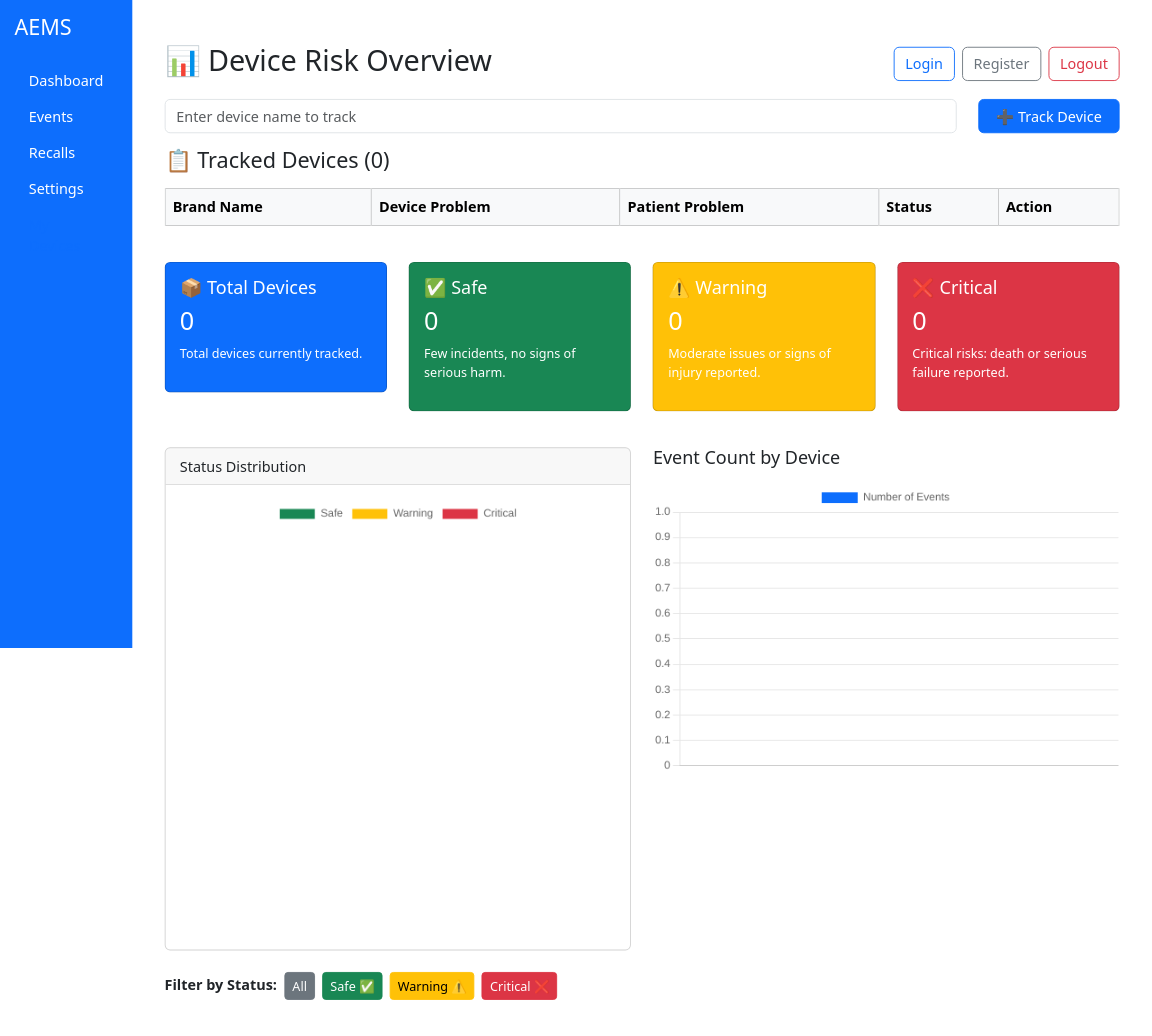
Repository: Sarary2/AEMS_2MVP
Page: / (app in frontend/AEMS/)
These files come from the project's save history. The page is drawn as it stood at one moment and after the next save; the edit follows.
The browser window is 1280 px wide. The pictures show the whole page, at 90% of full size.
The page's requests for data from a server got no answer. The project was rebuilt for these pictures with package versions that can differ from the ones it lists, and the page was loaded fresh each time. No one was signed in, and anything a server would have sent is missing. Also part of the build but not shown: frontend/AEMS/vite.config.js, frontend/AEMS/src/components/DeviceRow.jsx, frontend/AEMS/src/pages/Events.jsx, frontend/AEMS/src/firebase.js, frontend/AEMS/src/pages/Login.jsx, frontend/AEMS/src/pages/Register.jsx.

Above is the page before, as saved 2025-05-06 12:53:18.

After the next save:
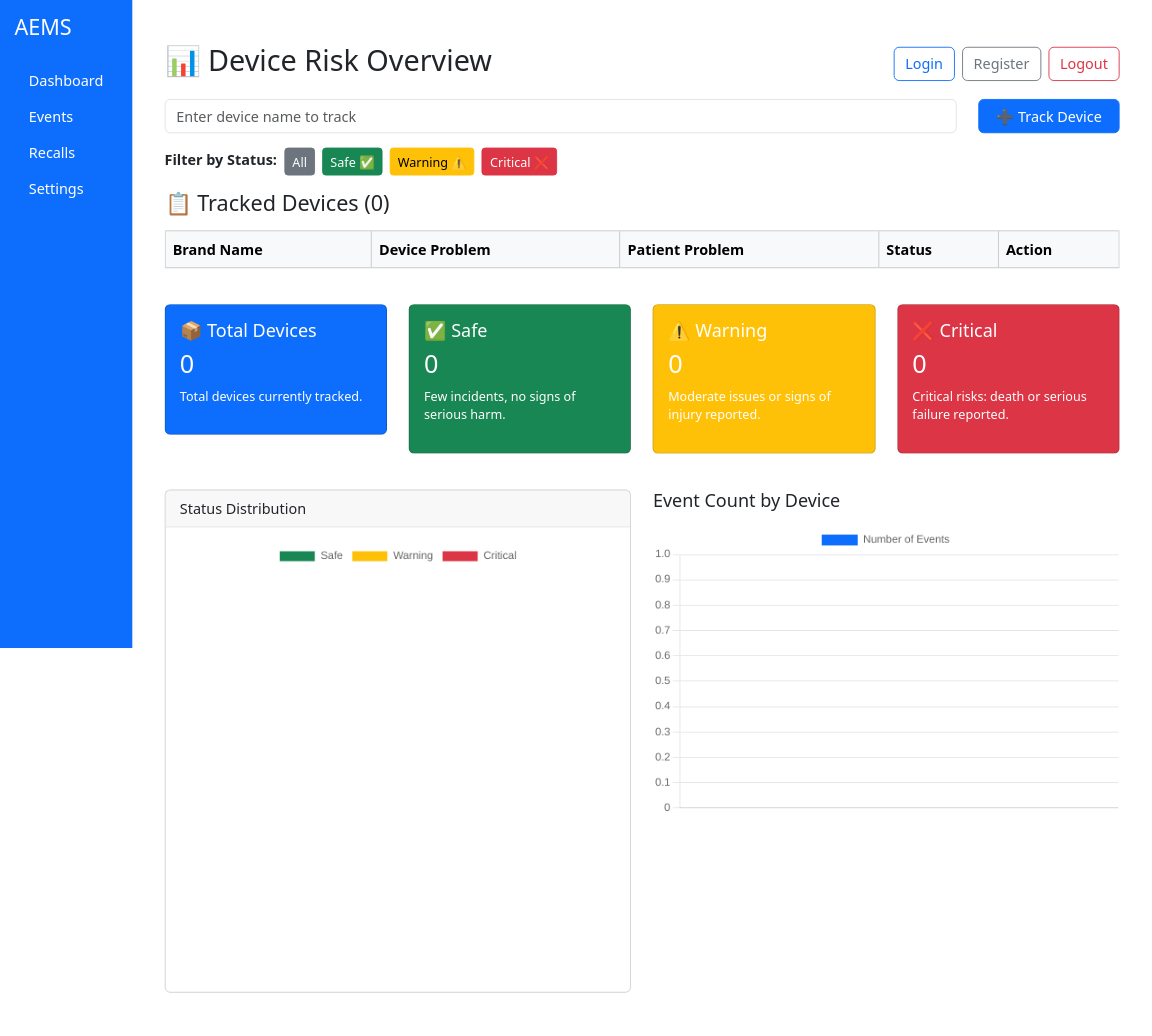
Saved 4 min 38 s later.
--- a/frontend/AEMS/src/pages/Dashboard.jsx
+++ b/frontend/AEMS/src/pages/Dashboard.jsx
@@ -90,6 +90,19 @@ export default function Dashboard() {
         </div>
       </div>
 
+      <div className="mb-3">
+        <strong>Filter by Status:</strong>{' '}
+        {['All', 'Safe', 'Warning', 'Critical'].map((s) => (
+          <button
+            key={s}
+            className={`btn btn-sm mx-1 btn-${s === 'All' ? 'secondary' : s === 'Safe' ? 'success' : s === 'Warning' ? 'warning' : 'danger'}`}
+            onClick={() => setFilter(s)}
+          >
+            {s} {statusIcons[s] || ''}
+          </button>
+        ))}
+      </div>
+
       <h4>📋 Tracked Devices ({filteredDevices.length})</h4>
       <div className="table-responsive mb-4">
         <table className="table table-striped table-bordered mt-2">
@@ -125,19 +138,6 @@ export default function Dashboard() {
           <EventsChart devices={devices} />
         </div>
       </div>
-
-      <div className="mb-3">
-        <strong>Filter by Status:</strong>{' '}
-        {['All', 'Safe', 'Warning', 'Critical'].map((s) => (
-          <button
-            key={s}
-            className={`btn btn-sm mx-1 btn-${s === 'All' ? 'secondary' : s === 'Safe' ? 'success' : s === 'Warning' ? 'warning' : 'danger'}`}
-            onClick={() => setFilter(s)}
-          >
-            {s} {statusIcons[s] || ''}
-          </button>
-        ))}
-      </div>
     </div>
   );
 }
